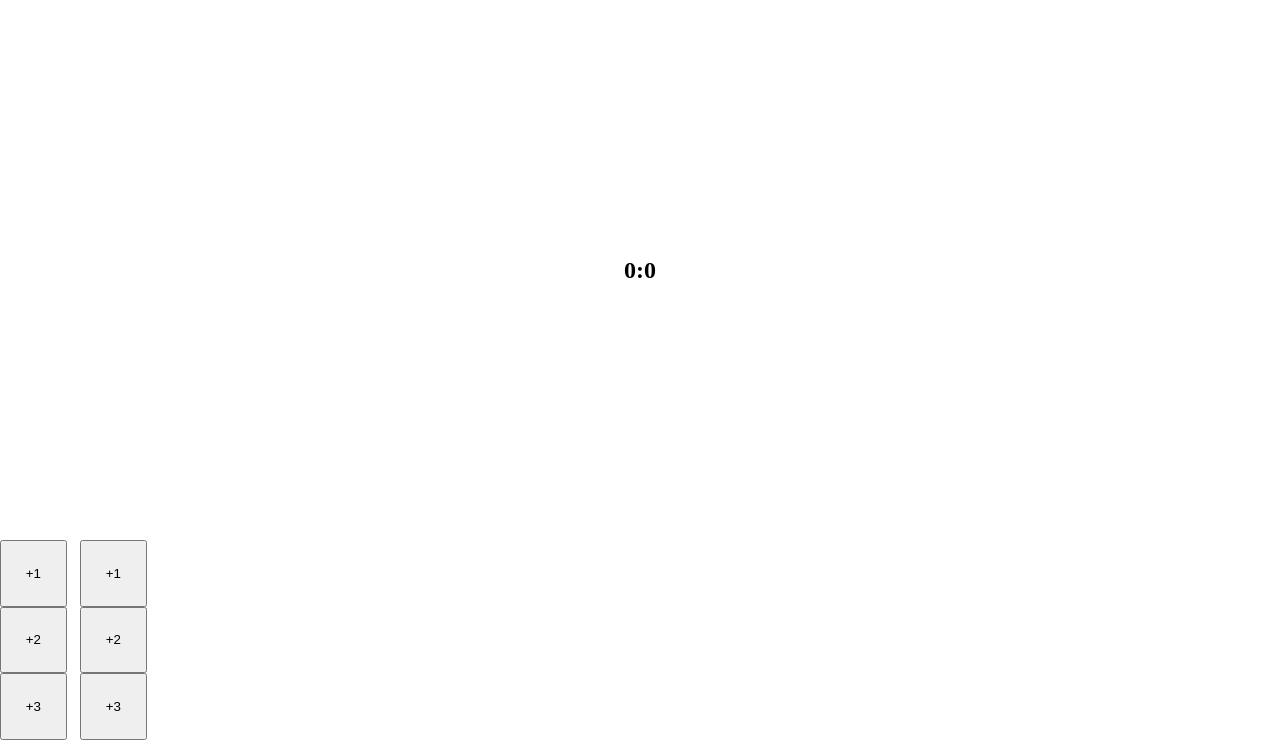
Repository: bollo89/scoreBoard
Page: index.html
An editor plug-in stored every save of this project. The page is shown before and after a run of saves, followed by the edit.
The browser window is 1280 px wide. The pictures show the whole page.

Above is the page before, as saved 2022-01-24 11:49:03.

After the next 2 saves:
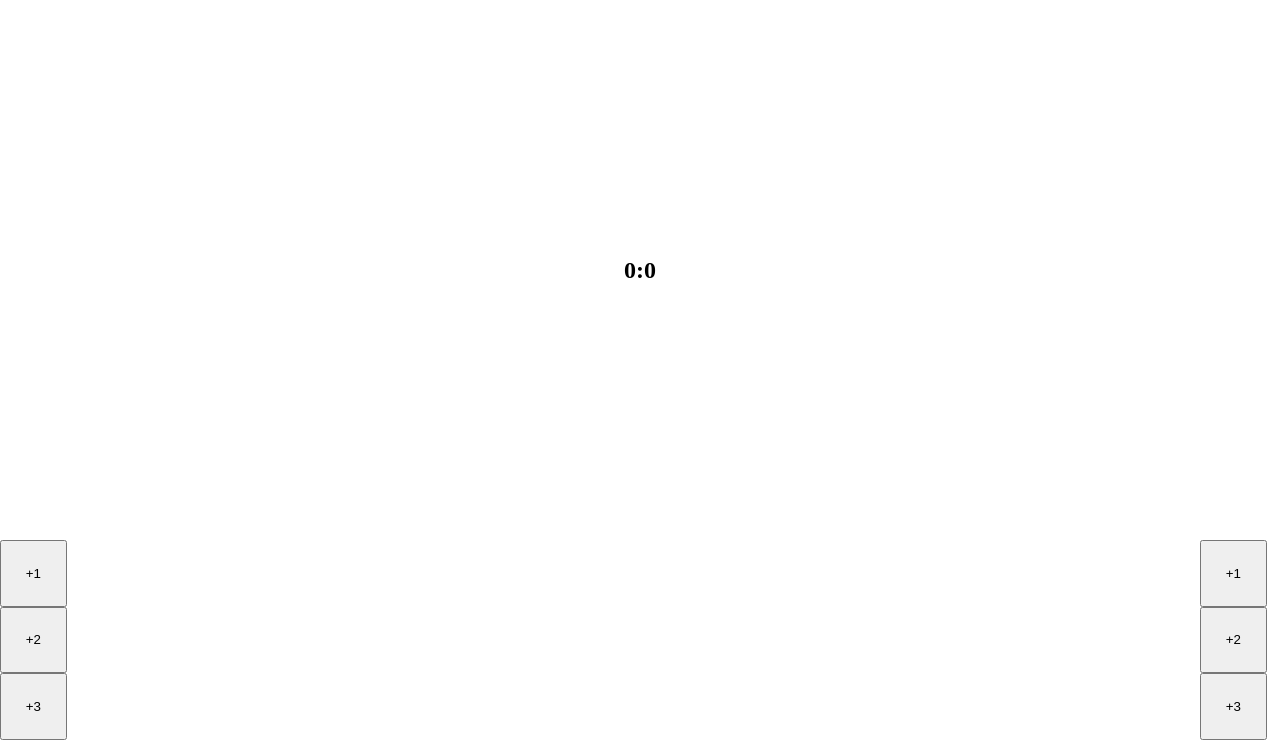
The 2 saves are shown as one change because they came seconds apart.
The last was saved 2 min 16 s later.
--- a/style.css
+++ b/style.css
@@ -17,12 +17,13 @@ body {
     height: 25vh;
     width: 100vw;
     display: flex;
+    justify-content: space-between;
 }
 .btnsH {
-    justify-content: flex-start;
+
 }
 .btnsA {
-    justify-content: space-between;
+
 }
 .btnsH div {
     width: 5em;
